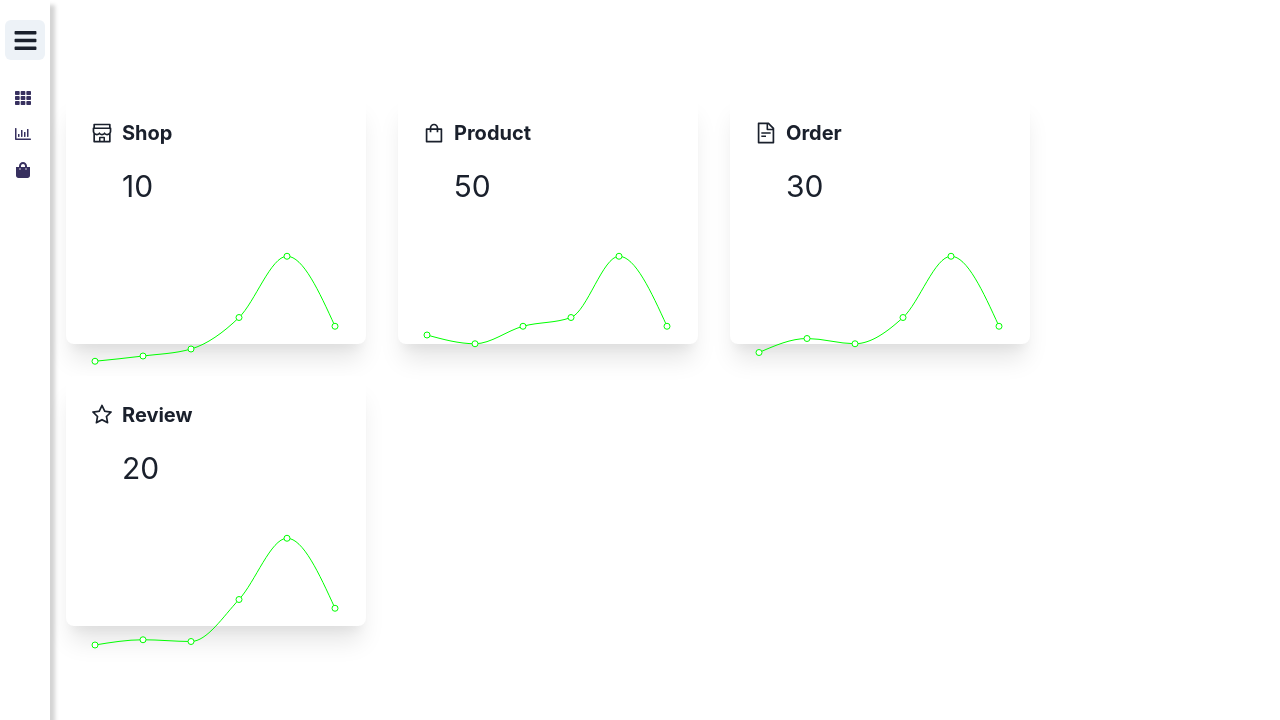
Repository: Andarg01/chakra-dashboard
Page: /analytics
These files come from the project's save history. The page is drawn as it stood at one moment and after the next save; the edit follows.
The browser window is 1280 px wide. The pictures show the whole page.
The project was rebuilt for these pictures with package versions that can differ from the ones it lists, and the page was loaded fresh each time. Also part of the build but not shown: src/components/ProductModal.tsx, src/components/ProductTable.tsx, src/pages/ProductList.tsx, src/components/Dashboard.tsx.

Above is the page before, as saved 2024-03-12 04:23:02.

### src/index.tsx
import React from 'react';
import ReactDOM from 'react-dom/client';
import './index.css';
import App from './App';

import { ChakraProvider } from '@chakra-ui/react';


const root = ReactDOM.createRoot(
  document.getElementById('root') as HTMLElement
);
root.render(

  <React.StrictMode>
  <ChakraProvider>
    <App />
    </ChakraProvider>
  </React.StrictMode>

);

### src/components/Sidebar.tsx




import React, { useState } from 'react';
import {
  FaTh,
  FaBars,
  FaShoppingBag,
  FaRegChartBar,
} from 'react-icons/fa';

import { NavLink } from 'react-router-dom';
import { Box, IconButton, Text, Flex } from '@chakra-ui/react';

interface MenuItem {
  path: string;
  name: string;
  icon: JSX.Element;
}

const Sidebar: React.FC<React.PropsWithChildren<{}>> = ({ children }) => {
  const [isOpen, setIsOpen] = useState(false);

  const toggle = () => setIsOpen(!isOpen);

  const menuItems: MenuItem[] = [
    {
      path: '/',
      name: 'Dashboard',
      icon: <FaTh />,
    },
    {
      path: '/analytics',
      name: 'Analytics',
      icon: <FaRegChartBar />,
  },
    {
      path: '/product',
      name: 'Product',
      icon: <FaShoppingBag />,
    },
  ];

  return (
    <Flex>
      <Box
        width={isOpen ? '200px' : '50px'}
        bg="#fff"
        boxShadow="5px 5px 4px rgb(212, 212, 212)"
        color="#000"
        height="100vh"
        transition="all 0.5s"
        overflowX="hidden"
      >
        <Flex
          className="top_section"
          direction="column"
          align="center"
          justify="center"
          p="20px 15px"
        >
          <Text fontSize={isOpen ? '30px' : '0'} className="logo">
            Logo
          </Text>
          <IconButton
            marginLeft={isOpen ? '50px' : '0px'}
            className="bars"
            fontSize="25px"
            aria-label="Toggle Sidebar"
            icon={<FaBars />}
            onClick={toggle}
          />
        </Flex>
        {menuItems.map((item, index) => (
          <NavLink to={item.path} key={index} className="link">
            <Flex
              p="10px 15px"
              color="#37305F"
              _hover={{ bgColor: '#37305F', color: '#fff', margin: '10px', borderRadius: '10px' }}
              _active={{ bgColor: '#37305F', color: '#fff', margin: '10px', borderRadius: '10px' }}
            >
              <Box className="icon" marginRight="3">
                {item.icon}
              </Box>
              <Text
                display={isOpen ? 'block' : 'none'}
                className="link_text text-sm"
                marginLeft="3"
              >
                {item.name}
              </Text>
            </Flex>
          </NavLink>
        ))}
      </Box>
      <Box flex="1">{children}</Box>
    </Flex>
  );
};

export default Sidebar;

### src/pages/Analytics.tsx
// FullAnalyticsPage.tsx
import React from 'react';
import { Box, Text, Flex, useColorModeValue } from '@chakra-ui/react';
import { LineChart, Line, Tooltip } from 'recharts';
import { AiOutlineShop, AiOutlineShopping, AiOutlineFileText, AiOutlineStar } from 'react-icons/ai';

interface AnalyticsCardProps {
  title: string;
  value: number;
  data: { name: string; value: number }[];
  icon: React.ReactElement;
}

const AnalyticsCard: React.FC<AnalyticsCardProps> = ({ title, value, data, icon }) => {
  const cardBgColor = useColorModeValue('white', 'gray.800');

  return (
    <Box
      bgColor={cardBgColor}
      p={6}
      borderRadius="lg"
      boxShadow="xl"
      width="300px"
      height="250px" // Set height to one-third of the original height
      display="flex"
      flexDirection="column"
      margin="4"
    >
      <Flex align="center" mb={4}>
        {icon}
        <Text fontSize="xl" fontWeight="bold" ml={2}>
          {title}
        </Text>
      </Flex>
      <Text fontSize="3xl" fontWeight="normal" mb={4} pl={8}>
        {value}
      </Text>
      <Flex flex="1" direction="column" justify="flex-end">
        <LineChart width={250} height={150} data={data}>
          <Line
            type="monotone"
            dataKey="value"
            stroke="#00ff00" // Set stroke to green
            isAnimationActive={false} // Disable animation to hide the rectangle background
          />
          <Tooltip isAnimationActive={false} /> {/* Hide tooltips */}
        </LineChart>
      </Flex>
    </Box>
  );
};

const FullAnalyticsPage: React.FC = () => {
  const shopData = [
    { name: 'Jan', value: 5 },
    { name: 'Feb', value: 8 },
    { name: 'Mar', value: 12 },
    { name: 'apr', value: 30 },
    { name: 'jun', value: 65 },
    { name: 'jula', value: 25 },
    // Add more data points as needed
  ];

  const productData = [
    { name: 'Jan', value: 20 },
    { name: 'Feb', value: 15 },
    { name: 'Mar', value: 25 },
    { name: 'apr', value: 30 },
    { name: 'jun', value: 65 },
    { name: 'jula', value: 25 },
    // Add more data points as needed
  ];

  const orderData = [
    { name: 'Jan', value: 10 },
    { name: 'Feb', value: 18 },
    { name: 'Mar', value: 15 },
    { name: 'apr', value: 30 },
    { name: 'jun', value: 65 },
    { name: 'jula', value: 25 },

    // Add more data points as needed
  ];

  const reviewData = [
    { name: 'Jan', value: 4 },
    { name: 'Feb', value: 7 },
    { name: 'Mar', value: 6 },
    { name: 'apr', value: 30 },
    { name: 'jun', value: 65 },
    { name: 'jula', value: 25 },
    // Add more data points as needed
  ];

  return (
    <Flex justify="center" align="center" height="100vh">
      <Flex direction="row" align="center" wrap="wrap">
        <AnalyticsCard title="Shop" value={10} data={shopData} icon={<AiOutlineShop size={24} />} />
        <AnalyticsCard title="Product" value={50} data={productData} icon={<AiOutlineShopping size={24} />} />
        <AnalyticsCard title="Order" value={30} data={orderData} icon={<AiOutlineFileText size={24} />} />
        <AnalyticsCard title="Review" value={20} data={reviewData} icon={<AiOutlineStar size={24} />} />
      </Flex>
    </Flex>
  );
};

export default FullAnalyticsPage;




// // FullAnalyticsPage.tsx
// import React from 'react';
// import { Box, Text, Flex, useColorModeValue } from '@chakra-ui/react';
// import { LineChart, Line, CartesianGrid, XAxis, YAxis, Tooltip } from 'recharts';
// import { AiOutlineShop, AiOutlineShopping, AiOutlineFileText, AiOutlineStar } from 'react-icons/ai';

// interface AnalyticsCardProps {
//   title: string;
//   value: number;
//   data: { name: string; value: number }[];
//   icon: React.ReactElement;
// }

// const AnalyticsCard: React.FC<AnalyticsCardProps> = ({ title, value, data, icon }) => {
//   const cardBgColor = useColorModeValue('white', 'gray.800');

//   // Calculate padding
//   const startPadding = 2;
//   const endPadding = 2;

//   // Adjust the domain for XAxis
//   const xDomain = ['dataMin', 'dataMax'];

//   return (
//     <Box
//       bgColor={cardBgColor}
//       p={6}
//       borderRadius="lg"
//       boxShadow="xl"
//       width="300px"
//       height="calc(100% / 3)" // Set height to one-third of the original height
//       display="flex"
//       flexDirection="column"
//       margin="4"
//     >
//       <Flex align="center" mb={4}>
//         {icon}
//         <Text fontSize="xl" fontWeight="bold" ml={2}>
//           {title}
//         </Text>
//       </Flex>
//       <Text fontSize="3xl" fontWeight="normal" mb={4} pl={8}>
//         {value}
//       </Text>
//       <Flex flex="1" direction="column" justify="flex-end">
//         <LineChart width={250} height={150} data={data}>
//           <Line
//             type="monotone"
//             dataKey="value"
//             stroke="#00ff00" // Set stroke to green
//             isAnimationActive={false} // Disable animation to hide the rectangle background
//           />
//           <CartesianGrid stroke="#ccc" />
//           <XAxis domain={xDomain} hide={true} /> {/* Hide X-axis labels */}
//           <YAxis display="none" /> {/* Hide Y-axis labels */}
//           <Tooltip isAnimationActive={false} /> {/* Hide tooltips */}
//         </LineChart>
//       </Flex>
//     </Box>
//   );
// };

// const FullAnalyticsPage: React.FC = () => {
//   const shopData = [
//     { name: 'Jan', value: 5 },
//     { name: 'Feb', value: 8 },
//     { name: 'Mar', value: 12 },
//     { name: 'apr', value: 30 },
//     { name: 'jun', value: 65 },
//     { name: 'jula', value: 25 },
//     // Add more data points as needed
//   ];

//   const productData = [
//     { name: 'Jan', value: 20 },
//     { name: 'Feb', value: 15 },
//     { name: 'Mar', value: 25 },
//     { name: 'apr', value: 30 },
//     { name: 'jun', value: 65 },
//     { name: 'jula', value: 25 },
//     // Add more data points as needed
//   ];

//   const orderData = [
//     { name: 'Jan', value: 10 },
//     { name: 'Feb', value: 18 },
//     { name: 'Mar', value: 15 },
//     { name: 'apr', value: 30 },
//     { name: 'jun', value: 65 },
//     { name: 'jula', value: 25 },

//     // Add more data points as needed
//   ];

//   const reviewData = [
//     { name: 'Jan', value: 4 },
//     { name: 'Feb', value: 7 },
//     { name: 'Mar', value: 6 },
//     { name: 'apr', value: 30 },
//     { name: 'jun', value: 65 },
//     { name: 'jula', value: 25 },
//     // Add more data points as needed
//   ];

//   return (
//     <Flex justify="center" align="center" height="100vh">
//       <Flex direction="row" align="center" wrap="wrap">
//         <AnalyticsCard title="Shop" value={10} data={shopData} icon={<AiOutlineShop size={24} />} />
//         <AnalyticsCard title="Product" value={50} data={productData} icon={<AiOutlineShopping size={24} />} />
//         <AnalyticsCard title="Order" value={30} data={orderData} icon={<AiOutlineFileText size={24} />} />
//         <AnalyticsCard title="Review" value={20} data={reviewData} icon={<AiOutlineStar size={24} />} />
//       </Flex>
//     </Flex>
//   );
// };

// export default FullAnalyticsPage;



// // import React, { useState } from 'react';
// // import {
// //   Box,
// //   Flex,
// //   Stack,
// //   Text,
// //   ThemeProvider,
// //   extendTheme,
// // } from '@chakra-ui/react';
// // import {
// //   LineChart,
// //   Line,
// //   AreaChart,
// //   Area,
// //   BarChart,
// //   Bar,
// //   PieChart,
// //   Pie,
// //   Tooltip,
// //   ResponsiveContainer,
// // } from 'recharts';

// // // Extend Chakra UI theme for custom styles
// // const theme = extendTheme({
// //   shadows: {
// //     xl: '0 0 10px rgba(0, 0, 0, 0.2)',
// //   },
// // });

// // interface DataPoint {
// //   name: string;
// //   value: number;
// // }

// // interface ChartCardProps {
// //   title: string;
// //   chart: React.ReactNode;
// // }

// // const ChartCard: React.FC<ChartCardProps> = ({ title, chart }) => (

// //   <Box
// //   boxShadow="xl"
// //   p={4}
// //   borderRadius="lg"
// //   border="1px solid #ddd"
// //   mb={4}
// //   flexBasis={['100%', 'calc(33.33% - 8px)']}
// //   display="inline-flex"
// // >
// //   <Stack spacing={2} width="100%">
// //     <Text fontSize={['md', 'lg']} fontWeight="bold">
// //       {title}
// //     </Text>
// //     {chart}
// //   </Stack>
// // </Box>


// //   // <Box
// //   //   boxShadow="xl"
// //   //   p={4}
// //   //   borderRadius="lg"
// //   //   border="1px solid #ddd"
// //   //   mb={4}
// //   //   flexBasis={['100%', 'calc(33.33% - 8px)']}
// //   //   display="inline-flex"
// //   // >
// //   //   <Text fontSize={['md', 'lg']} fontWeight="bold">
// //   //     {title}
// //   //   </Text>
// //   //   {chart}
// //   // </Box>
// // );

// // const SalesSplineAreaChart: React.FC = () => {
// //   const salesData: DataPoint[] = [
// //     { name: 'Jan', value: 1000 },
// //     { name: 'Feb', value: 1500 },
// //     { name: 'Mar', value: 1200 },
// //     { name: 'Apr', value: 1800 },
// //     { name: 'May', value: 2000 },
// //     { name: 'Jun', value: 2500 },
// //     {name:  'junl', value:3000},
// //     {name: 'agu' , value:1000},
// //     {name: 'sep', value: 1500},
// //     {name:'oct' , value:1700},
// //     {name: 'nove' , value: 1900},
// //     {name: 'dec', value: 3500},


// //   ];

// //   return (
// //     <ChartCard
// //       title="Sales Spline Area Chart"
// //       chart={
// //         <ResponsiveContainer width="100%" height={300}>
// //           <AreaChart data={salesData}>
// //             <Area type="monotone" dataKey="value" stroke="#8884d8"  fill="rgba(0, 128, 0, 0.5)" />
// //             <Tooltip />
// //           </AreaChart>
// //         </ResponsiveContainer>
// //       }
// //     />
// //   );
// // };

// // const ProductSplineLineChart: React.FC = () => {
// //   const productData: DataPoint[] = [
// //     { name: 'Jan', value: 500 },
// //     { name: 'Feb', value: 800 },
// //     { name: 'Mar', value: 1200 },
// //     { name: 'Apr', value: 1000 },
// //     { name: 'May', value: 1500 },
// //     { name: 'Jun', value: 1800 },
// //     { name: 'Jula', value: 500 },
// //     { name: 'agu', value: 900 },
// //     { name: 'sep', value: 1000 },
// //     { name: 'nov', value: 2000 },
// //     { name: 'oct', value: 3000 },
// //     { name: 'dec', value: 1800 },
// //   ];

// //   return (
// //     <ChartCard
// //       title="Product Spline Line Chart"
// //       chart={
// //         <ResponsiveContainer width="100%" height={300}>
// //           <LineChart data={productData}>
// //             <Line type="monotone" dataKey="value" stroke="#8884d8" />
// //             <Tooltip />
// //           </LineChart>
// //         </ResponsiveContainer>
// //       }
// //     />
// //   );
// // };

// // const CustomerReviewsLineChart: React.FC = () => {
// //   const reviewsData: DataPoint[] = [
// //     { name: 'Jan', value: 4.5 },
// //     { name: 'Feb', value: 4.2 },
// //     { name: 'Mar', value: 4.8 },
// //     { name: 'Apr', value: 4.0 },
// //     { name: 'May', value: 4.7 },
// //     { name: 'Jun', value: 4.9 },
// //     { name: 'Jula', value: 4.5 },
// //     { name: 'agu', value: 4.1 },
// //     { name: 'sep', value: 4.2 },
// //     { name: 'nov', value: 4.0 },
// //     { name: 'oct', value: 4.5 },
// //     { name: 'dec', value: 4.9 },


// //   ];

// //   return (
// //     <ChartCard
// //       title="Customer Reviews Line Chart"
// //       chart={
// //         <ResponsiveContainer width="100%" height={300}>
// //           <LineChart data={reviewsData}>
// //             <Line type="monotone" dataKey="value" stroke="#8884d8" />
// //             <Tooltip />
// //           </LineChart>
// //         </ResponsiveContainer>
// //       }
// //     />
// //   );
// // };

// // const RevenuePieChart: React.FC = () => {
// //   const revenueData: DataPoint[] = [

// //     { name: 'Product A', value: 5000 },
// //     { name: 'Product B', value: 3000 },
// //     { name: 'Product C', value: 2000 },
// //     { name: 'Product D', value: 5000 },
// //     { name: 'Product E', value: 3000 },
// //     { name: 'Product F', value: 2000 },
// //     { name: 'Product G', value: 5000 },
// //     { name: 'Product H', value: 3000 },
// //     { name: 'Product I', value: 2000 },
// //   ];

// //   return (
// //     <ChartCard
// //       title="Revenue Pie Chart"
// //       chart={
// //         <ResponsiveContainer width="100%" height={300}>
// //           <PieChart>
// //             <Pie dataKey="value" data={revenueData}  fill="rgba(0, 128, 0, 0.5)" label />
// //             <Tooltip />
// //           </PieChart>
// //         </ResponsiveContainer>
// //       }
// //     />
// //   );
// // };

// // const OrderBarChart: React.FC = () => {
// //   const initialOrderData: DataPoint[] = [
// //     { name: 'Product A', value: 5000 },
// //     { name: 'Product B', value: 3000 },
// //     { name: 'Product C', value: 2000 },
// //     { name: 'Product D', value: 5000 },
// //     { name: 'Product E', value: 3000 },
// //     { name: 'Product F', value: 2000 },
// //     { name: 'Product G', value: 5000 },
// //     { name: 'Product H', value: 3000 },
// //     { name: 'Product I', value: 2000 },
// //   ];

// //   const [orderData, setOrderData] = useState<DataPoint[]>(initialOrderData);

// //   const sortByValue = () => {
// //     const sortedData = [...orderData].sort((a, b) => a.value - b.value);
// //     setOrderData(sortedData);
// //   };

// //   return (
// //     <ChartCard
// //       title="growth of Order "
// //       chart={
// //         <ResponsiveContainer width="100%" height={300}>
// //           <BarChart data={orderData}>
// //             <Bar dataKey="value"  fill="rgba(0, 128, 0, 0.5)" />
// //             <Tooltip />
// //           </BarChart>
// //         </ResponsiveContainer>
// //       }
// //     />
// //   );
// // };

// // const TopSalesDonutChart: React.FC = () => {
// //   const topSalesData: DataPoint[] = [
// //     { name: 'Product A', value: 1500 },
// //     { name: 'Product B', value: 1200 },
// //     { name: 'Product C', value: 1000 },
// //     { name: 'Product D', value: 1500 },
// //     { name: 'Product E', value: 1200 },
// //     { name: 'Product F', value: 1000 },
// //     { name: 'Product G', value: 1500 },
// //     { name: 'Product H', value: 1200 },
// //     { name: 'Product I', value: 1000 },
// //   ];

// //   return (
// //     <ChartCard
// //       title="Top Sales Donut Chart"
// //       chart={
// //         <ResponsiveContainer width="100%" height={300}>
// //           <PieChart>
// //             <Pie dataKey="value" data={topSalesData} innerRadius={60} outerRadius={80}  fill="rgba(0, 128, 0, 0.5)" label />
// //             <Tooltip />
// //           </PieChart>
// //         </ResponsiveContainer>
// //       }
// //     />
// //   );
// // };

// // const MonthlyIncomeAreaChart: React.FC = () => {
// //   const monthlyIncomeData: DataPoint[] = [
// //     { name: 'Jan', value: 5000 },
// //     { name: 'Feb', value: 6000 },
// //     { name: 'Mar', value: 7000 },
// //     { name: 'Apr', value: 8000 },
// //     { name: 'May', value: 9000 },
// //     { name: 'Jun', value: 10000 },
// //     { name: 'Jula', value: 5000 },
// //     { name: 'agu', value: 6000 },
// //     { name: 'sep', value: 7000 },
// //     { name: 'nov', value: 8000 },
// //     { name: 'oct', value: 9000 },
// //     { name: 'dec', value: 10000 },
// //   ];

// //   return (
// //     <ChartCard
// //       title="Monthly Income Area Chart"
// //       chart={
// //         <ResponsiveContainer width="100%" height={300}>
// //           <AreaChart data={monthlyIncomeData}>
// //             <Area type="monotone" dataKey="value" stroke="#8884d8"  fill="rgba(0, 128, 0, 0.5)" />
// //             <Tooltip />
// //           </AreaChart>
// //         </ResponsiveContainer>
// //       }
// //     />
// //   );
// // };

// // const StockLineChart: React.FC = () => {
// //   const stockData: DataPoint[] = [
// //     { name: 'Jan', value: 50 },
// //     { name: 'Feb', value: 55 },
// //     { name: 'Mar', value: 60 },
// //     { name: 'Apr', value: 52 },
// //     { name: 'May', value: 58 },
// //     { name: 'Jun', value: 62 },
// //     { name: 'Jula', value: 50 },
// //     { name: 'agu', value: 55 },
// //     { name: 'sep', value: 60 },
// //     { name: 'nov', value: 52 },
// //     { name: 'oct', value: 58 },
// //     { name: 'dec', value: 62 },
// //   ];

// //   return (
// //     <ChartCard
// //       title="Stock Line Chart"
// //       chart={
// //         <ResponsiveContainer width="100%" height={300}>
// //           <LineChart data={stockData}>
// //             <Line type="monotone" dataKey="value" stroke="#8884d8" />
// //             <Tooltip />
// //           </LineChart>
// //         </ResponsiveContainer>
// //       }
// //     />
// //   );
// // };

// // const DoubleStockLineChart: React.FC = () => {
// //   const stockData1: DataPoint[] = [
// //     { name: 'Jan', value: 50 },
// //     { name: 'Feb', value: 55 },
// //     { name: 'Mar', value: 60 },
// //     { name: 'Apr', value: 52 },
// //     { name: 'May', value: 58 },
// //     { name: 'Jun', value: 62 },
// //     { name: 'Jula', value: 50 },
// //     { name: 'agu', value: 55 },
// //     { name: 'sep', value: 60 },
// //     { name: 'nov', value: 52 },
// //     { name: 'oct', value: 58 },
// //     { name: 'dec', value: 62 },
// //   ];

// //   const stockData2: DataPoint[] = [
// //     { name: 'Jan', value: 40 },
// //     { name: 'Feb', value: 45 },
// //     { name: 'Mar', value: 50 },
// //     { name: 'Apr', value: 42 },
// //     { name: 'May', value: 48 },
// //     { name: 'Jun', value: 52 },
// //     { name: 'Jula', value: 50 },
// //     { name: 'agu', value: 55 },
// //     { name: 'sep', value: 60 },
// //     { name: 'nov', value: 52 },
// //     { name: 'oct', value: 58 },
// //     { name: 'dec', value: 62 },
// //   ];

// //   return (
// //     <ChartCard
// //       title="Double Stock Line Chart"
// //       chart={
// //         <ResponsiveContainer width="100%" height={300}>
// //           <LineChart>
// //             <Line type="monotone" dataKey="value" data={stockData1} stroke="#8884d8" name="Stock 1" />
// //             <Line type="monotone" dataKey="value" data={stockData2} stroke="#82ca9d" name="Stock 2" />
// //             <Tooltip />
// //           </LineChart>
// //         </ResponsiveContainer>
// //       }
// //     />
// //   );
// // };

// // const AnalyticalPage: React.FC = () => {
// //   return (
// //     <ThemeProvider theme={theme}>
// //       <Flex direction="row" flexWrap="wrap" p={3} justify="center" gap={3}>
// //         <DoubleStockLineChart />
// //         <OrderBarChart />
// //         <ProductSplineLineChart />
// //         <CustomerReviewsLineChart />
// //         <TopSalesDonutChart />
// //       </Flex>
// //       <Flex direction="row" p={3} flexWrap="wrap" justify="left" gap={3}>
// //         <SalesSplineAreaChart />
// //         <RevenuePieChart />
// //         <MonthlyIncomeAreaChart />
// //       </Flex>
// //     </ThemeProvider>
// //   );
// // };

// // export default AnalyticalPage;

Loaded but not shown: public/index.html (common file); src/index.css (common file); src/App.tsx (118 lines, source omitted)

After the next save:
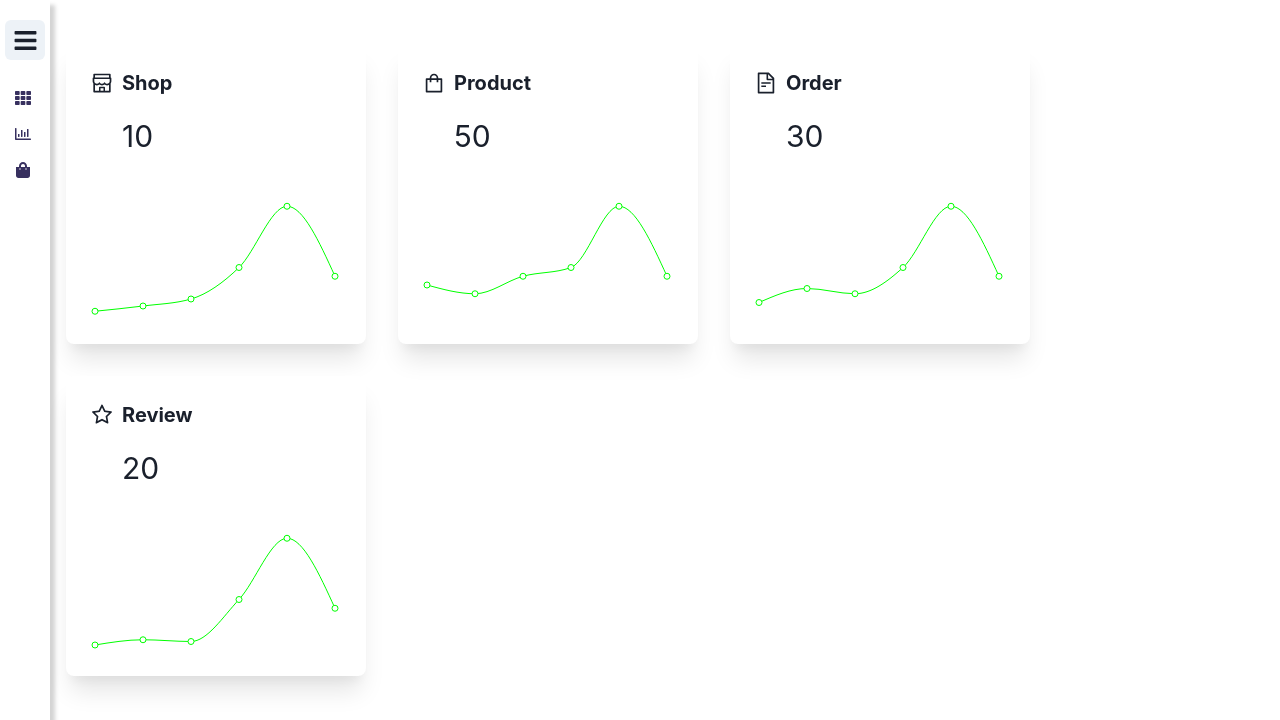
Saved 18 s later.
--- a/src/pages/Analytics.tsx
+++ b/src/pages/Analytics.tsx
@@ -21,7 +21,7 @@ const AnalyticsCard: React.FC<AnalyticsCardProps> = ({ title, value, data, icon
       borderRadius="lg"
       boxShadow="xl"
       width="300px"
-      height="250px" // Set height to one-third of the original height
+      height="300px" // Set height to one-third of the original height
       display="flex"
       flexDirection="column"
       margin="4"
